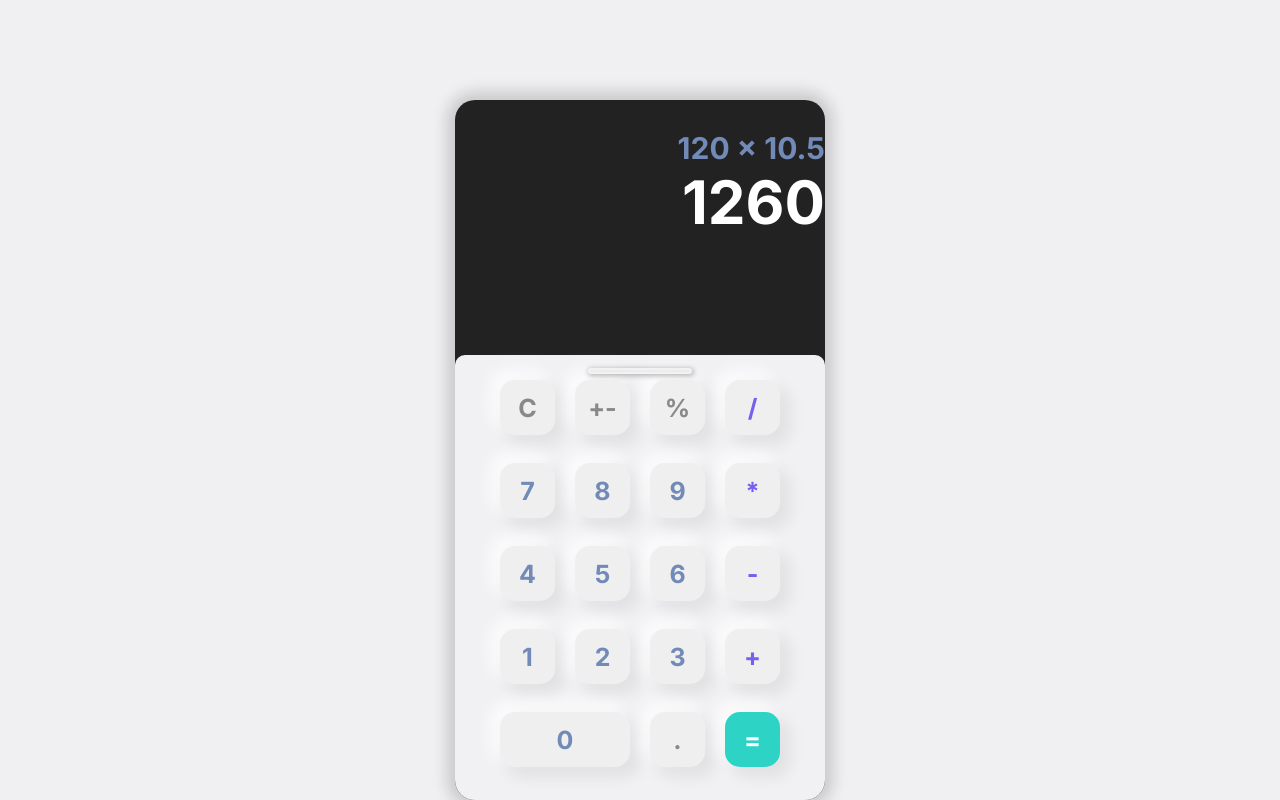
Repository: BrunoBross/calculator
Page: index.html
The author's editor kept a copy of each file at every save. The page is drawn from the files as they stood at one save, then again after a run of saves.
The browser window is 1280 px wide. The pictures show the whole page.

Above is the page before, as saved 2021-12-01 00:20:09.

### index.html
<!DOCTYPE html>
<html lang="en">
<head>
  <meta charset="UTF-8">
  <meta http-equiv="X-UA-Compatible" content="IE=edge">
  <meta name="viewport" content="width=device-width, initial-scale=1.0">
  <title>Calculator</title>
  <link rel="stylesheet" href="./style.css">
  <link rel="preconnect" href="https://fonts.googleapis.com">
  <link rel="preconnect" href="https://fonts.gstatic.com" crossorigin>
  <link href="https://fonts.googleapis.com/css2?family=Inter:wght@400;500;700&display=swap" rel="stylesheet">
</head>
<body>
  <main>
    <div class="calculator">
      <div class="view">
        <span id="history">120 x 10.5</span>
        <span id="result">1260</span>
      </div>
      <div class="buttons">
        <div id="effect"></div>
        <button class="extra" id="reset">C</button>
        <button class="extra" id="moreless">+-</button>
        <button class="extra" id="percent">%</button>
        <button class="operator" id="division">/</button>
        <button class="number" id="seven">7</button>
        <button class="number" id="eight">8</button>
        <button class="number" id="nine">9</button>
        <button class="operator" id="multiply">*</button>
        <button class="number" id="four">4</button>
        <button class="number" id="five">5</button>
        <button class="number" id="six">6</button>
        <button class="operator" id="less">-</button>
        <button class="number" id="one">1</button>
        <button class="number" id="two">2</button>
        <button class="number" id="three">3</button>
        <button class="operator" id="plus">+</button>
        <button class="number" id="zero">0</button>
        <button class="extra" id="dot">.</button>
        <button class="equals" id="equals">=</button>
      </div>
    </div>
    <div class="frufrus">
      <div class="small-square"></div>
      <div class="square"></div>
      <div class="small-circle"></div>
      <div class="circle"></div>
    </div>
  </main>
</body>
<script src="./script.js"></script>
</html>

### style.css
*{
  padding: 0;
  margin: 0;
  font-family: 'Inter', sans-serif;
  font-weight: 700;
}

body{
  background-color: #F0F0F3;
}

main{
  display: flex;
  justify-content: center;
  margin-top: 100px;
}

.calculator{
  background-color: #232222;
  display: flex;
  flex-direction: column;
  width: 370px;
  height: 700px;
  border-radius: 20px;
  box-shadow: 0 0 15px 8px #0000002a;
}

.view{
  display: flex;
  flex-direction: column;
  align-items: flex-end;
  height: 400px;
  padding-top: 30px;
}

.view > span{
  color: #FFF;
  font-size: 60px;
}

#history{
  font-size: 30px;
  color: #728AB7;
}

.buttons{
  padding: 25px;
  background-color: #F1F1F4;
  display: flex;
  justify-content: center;
  flex-wrap: wrap;
  gap: 20px;
  height: 100%;
  border-radius: 10px 10px 20px 20px;
}

.buttons > button{
  box-shadow: 8px 8px 15px 3px #00000010, -8px -8px 15px 3px #ffffffb0;
  border: none;
  height: 55px;
  width: 55px;
  border-radius: 15px;
  cursor: pointer;
  transition: 0.3s;
  font-size: 25px;
}

button:hover{
  background-color: #cccccc;
}

.equals:hover{
  background-color: #28a59a;
}

#zero{
  width: 130px;
}

.number{
  color: #728AB7;
}

.operator{
  color: #745FF2;
}

.equals{
  color: white;
  background-color: #2DD3C5;
}

.extra{
  color: #898989;
}

#effect{
  background-color: rgb(236, 236, 236);
  border: 2px solid #f3f2f2;
  border-radius: 5px;
  box-shadow: 1px 1px 5px 1px #00000041;
  height: 2px;
  width: 100px;
  position: absolute;
  top: 368px;
}

.frufrus{
  height: 100%;
}

.small-square{
  height: 250px;
  width: 200px;
  position: absolute;
  border-radius: 15px;
  top: 160px;
  left: 120px;
  box-shadow: 8px 8px 15px 3px #0000001c, -8px -8px 15px 3px #ffffff;}

.square{
  height: 300px;
  width: 300px;
  position: absolute;
  border-radius: 15px;
  top: 100px;
  right: 200px;
  box-shadow: 8px 8px 15px 3px #0000001c, -8px -8px 15px 3px #ffffff;}

.small-circle{
  height: 200px;
  width: 200px;
  position: absolute;
  border-radius: 50%;
  bottom: 100px;
  right: 140px;
  box-shadow: 8px 8px 15px 3px #0000001c, -8px -8px 15px 3px #ffffff;
}

.circle{
  height: 300px;
  width: 300px;
  position: absolute;
  border-radius: 50%;
  bottom: -80px;
  left: 140px;
  box-shadow: 8px 8px 15px 3px #0000001c, -8px -8px 15px 3px #ffffff;
}

@media only screen and (max-width: 1600px) {
  .frufrus{
    display: none;
  }
}

Loaded but not shown: script.js (no copy from this time; the picture is the same without it)

After the next 2 saves:
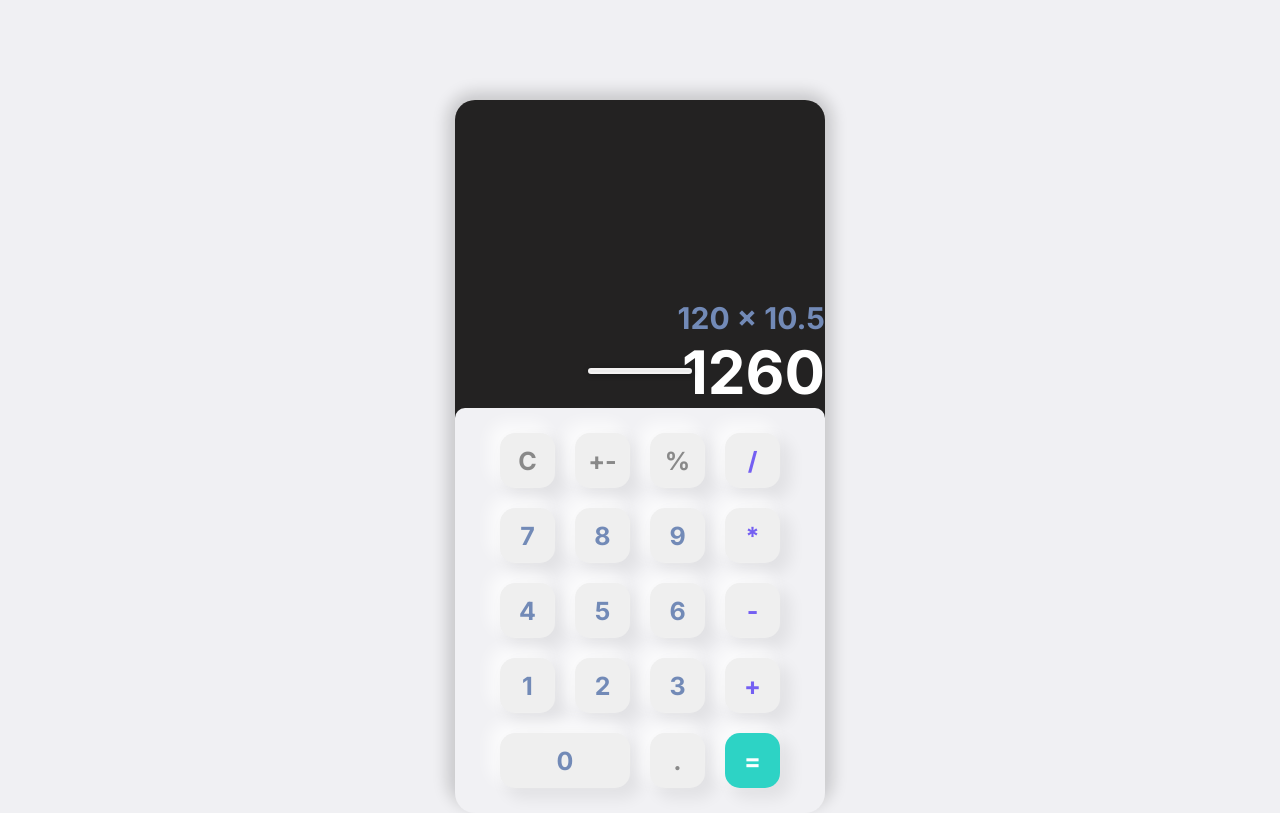
The 2 saves are shown as one change because they came seconds apart.
The last was saved 11 s later.
--- a/style.css
+++ b/style.css
@@ -30,7 +30,7 @@ main{
   flex-direction: column;
   align-items: flex-end;
   height: 400px;
-  padding-top: 30px;
+  padding-top: 200px;
 }
 
 .view > span{
